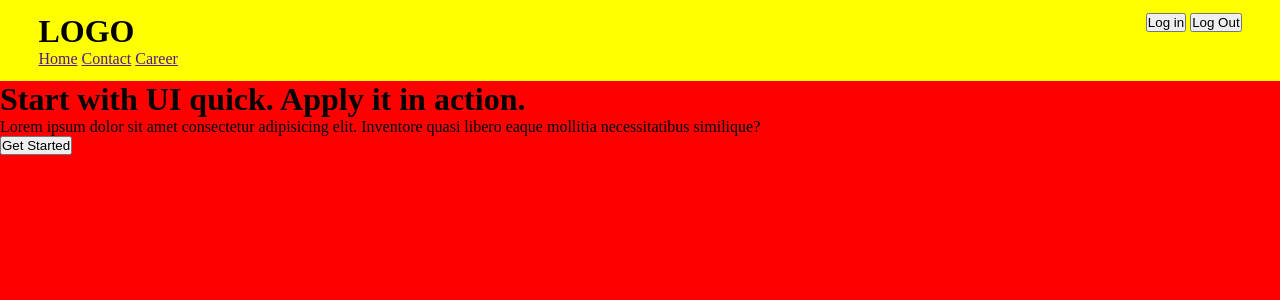
Repository: Ashishchakravartii/landingPage
Page: index.html
These files come from the project's save history. The page is drawn as it stood at one moment and after the next save; the edit follows.
The browser window is 1280 px wide. The pictures show the whole page.

Above is the page before, as saved 2024-07-24 12:32:35.

After the next save:
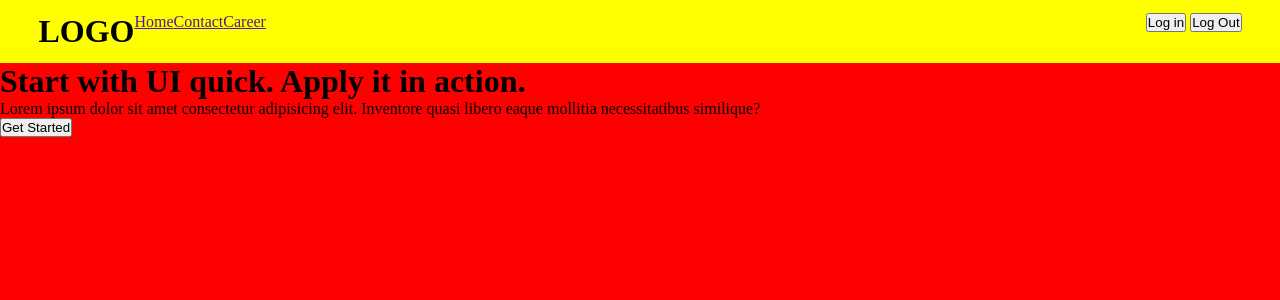
Saved 19 s later.
--- a/style.css
+++ b/style.css
@@ -21,3 +21,6 @@ body{
     justify-content: space-between;
     padding: 1vmax 3vmax;
 }
+.navLeft{
+    display: flex;
+}
